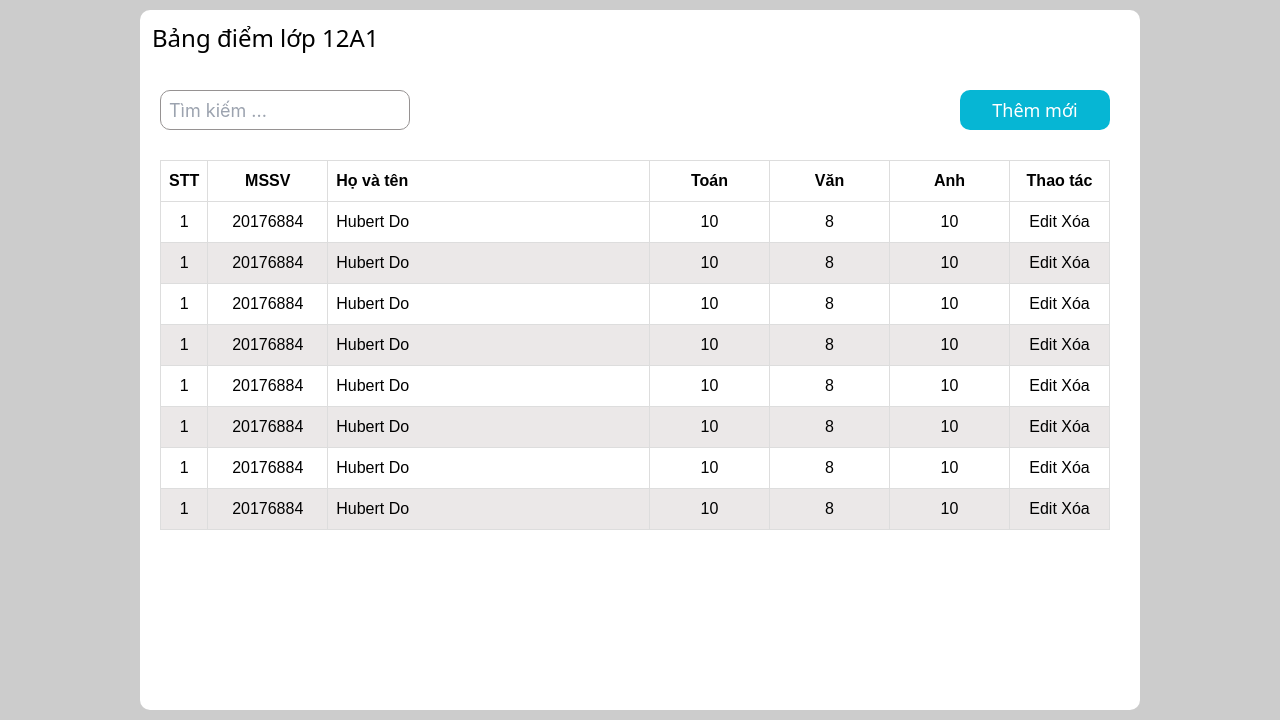
Repository: doducthuan/ReactJS-Movie
Page: /
An editor plug-in stored every save of this project. The page is shown before and after the next save, followed by the edit.
The browser window is 1280 px wide. The pictures show the whole page.
The project was rebuilt for these pictures with package versions that can differ from the ones it lists, and the page was loaded fresh each time. Also part of the build but not shown: src/App.css.

Above is the page before, as saved 2024-01-13 08:00:33.

After the next save:
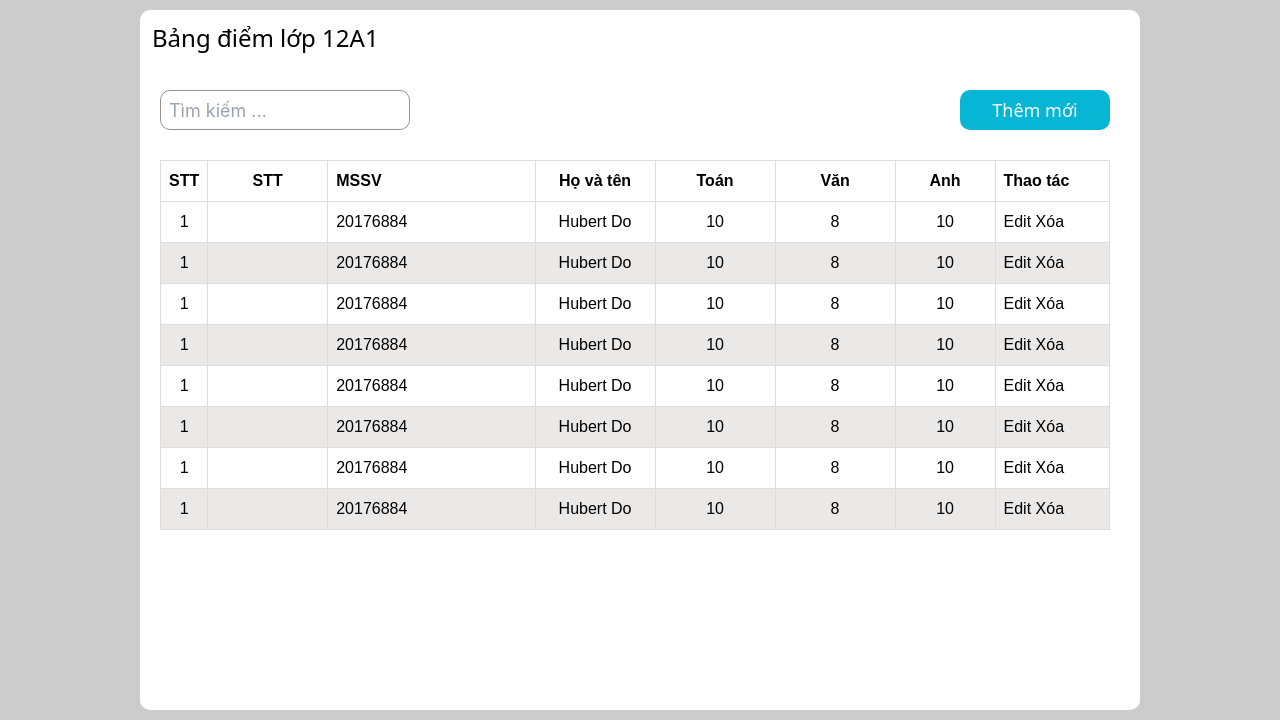
Saved 5 min 48 s later.
--- a/src/components/students/Students.js
+++ b/src/components/students/Students.js
@@ -4,15 +4,16 @@ import './style_table.css';
 import { useTable } from 'react-table';
 import { COLUMNS } from './Columns';
 const Students = () => {
+    let count = 1;
     const data = [
-        { stt: 1, id: 20176884, name: "Hubert Do", math: 10, literature: 8, english: 10 },
-        { stt: 1, id: 20176884, name: "Hubert Do", math: 10, literature: 8, english: 10 },
-        { stt: 1, id: 20176884, name: "Hubert Do", math: 10, literature: 8, english: 10 },
-        { stt: 1, id: 20176884, name: "Hubert Do", math: 10, literature: 8, english: 10 },
-        { stt: 1, id: 20176884, name: "Hubert Do", math: 10, literature: 8, english: 10 },
-        { stt: 1, id: 20176884, name: "Hubert Do", math: 10, literature: 8, english: 10 },
-        { stt: 1, id: 20176884, name: "Hubert Do", math: 10, literature: 8, english: 10 },
-        { stt: 1, id: 20176884, name: "Hubert Do", math: 10, literature: 8, english: 10 },
+        { id: 20176884, name: "Hubert Do", math: 10, literature: 8, english: 10 },
+        { id: 20176884, name: "Hubert Do", math: 10, literature: 8, english: 10 },
+        { id: 20176884, name: "Hubert Do", math: 10, literature: 8, english: 10 },
+        { id: 20176884, name: "Hubert Do", math: 10, literature: 8, english: 10 },
+        { id: 20176884, name: "Hubert Do", math: 10, literature: 8, english: 10 },
+        { id: 20176884, name: "Hubert Do", math: 10, literature: 8, english: 10 },
+        { id: 20176884, name: "Hubert Do", math: 10, literature: 8, english: 10 },
+        { id: 20176884, name: "Hubert Do", math: 10, literature: 8, english: 10 },
     ];
     const columns = useMemo(() => COLUMNS, []);
     const { getTableProps, getTableBodyProps, headerGroups, rows, prepareRow } = useTable({ columns, data });
@@ -30,6 +31,7 @@ const Students = () => {
                             <thead>
                                 {headerGroups.map((headerGroup) => (
                                     <tr {...headerGroup.getHeaderGroupProps()}>
+                                        <th>STT</th>
                                         {headerGroup.headers.map((column) => (
                                             <th {...column.getHeaderProps()}>
                                                 {column.render('Header')}
@@ -44,6 +46,7 @@ const Students = () => {
                                     prepareRow(row);
                                     return (
                                         <tr {...row.getRowProps()}>
+                                            <td>{count}</td>
                                             {row.cells.map((cell) => {
                                                 return (
                                                     <td {...cell.getCellProps()}>
